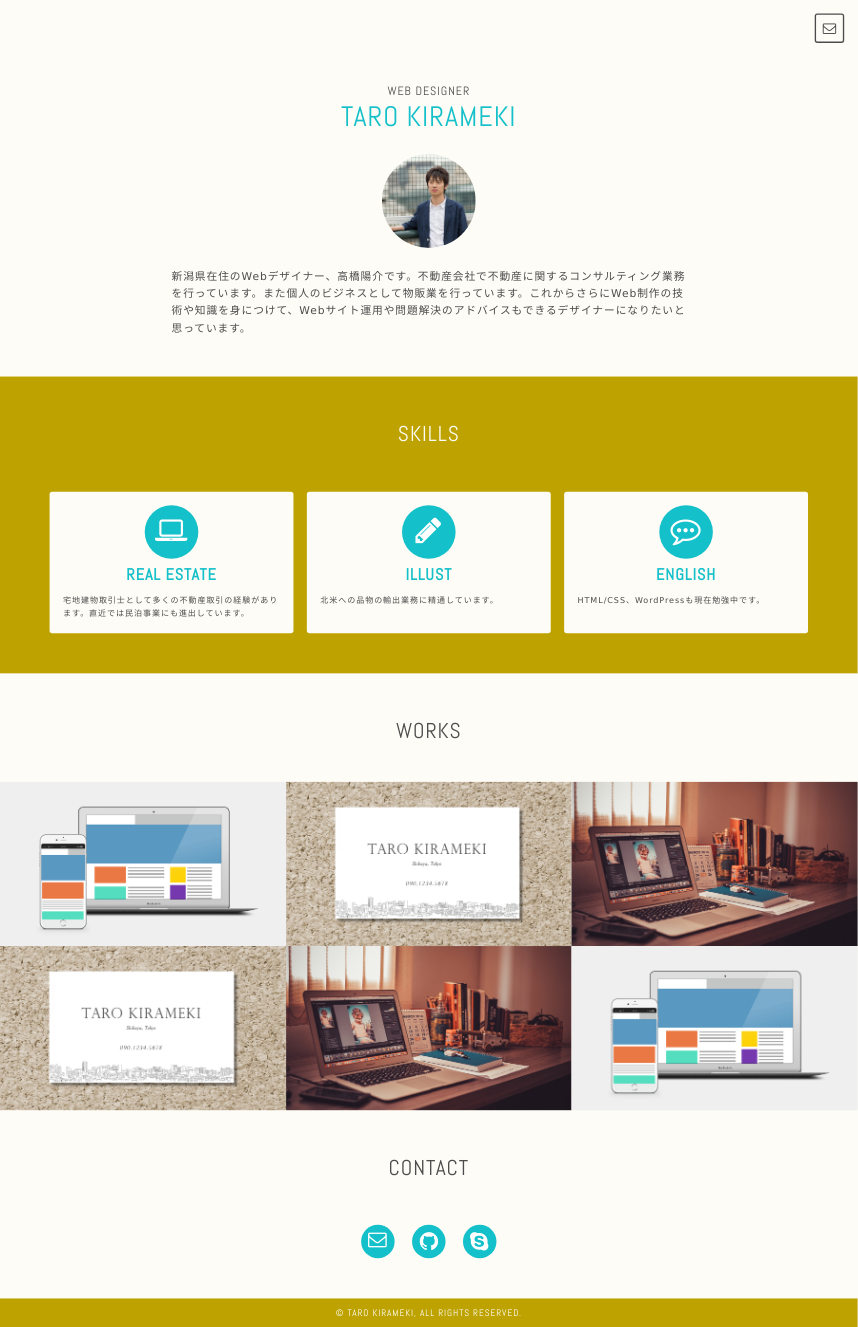
Repository: ysktkhs/responsive-site
Page: environment/portfolio/index.html
The author's editor kept a record of every edit. The page is drawn from the files as they stood at one moment, then again after the next edit.
The browser window is 1280 px wide. The pictures show the whole page, at 67% of full size.
Some web libraries are served in a nearby version.

Above is the page before.

### environment/portfolio/index.html
<!DOCTYPE html>
<html lang="ja">

<head>
    <meta charset="utf-8">
    <title>Web Designer - Yosuke Takahashi</title>
    <meta name="description" content="Webデザイナー 高橋陽介のポートフォリオサイトです。東京を中心に活動しています。">
    <meta name="keywords" content="Web, デザイン, デザイナー, ポートフォリオ, Web制作">
    <link rel="stylesheet" href="https://cdnjs.cloudflare.com/ajax/libs/meyer-reset/2.0/reset.css">
    <link rel="stylesheet" href="./css/style.css">
    <link rel="stylesheet" href="https://maxcdn.bootstrapcdn.com/font-awesome/4.7.0/css/font-awesome.min.css">
</head>

<body>
    <header>
        <a href="#contact" class="button-contact"><i class="fa fa-envelope-o" aria-label="お問い合わせ"></i></a>
        <div class="profile">
            <h1 class="site-title abel uppercase text-center">Web Designer <span>Taro Kirameki</span></h1>
            <img src="./images/img_profile.jpg" alt="プロフィール写真" width="140" height="140" class="block-center profile-icon">

            <p>新潟県在住のWebデザイナー、高橋陽介です。不動産会社で不動産に関するコンサルティング業務を行っています。また個人のビジネスとして物販業を行っています。これからさらにWeb制作の技術や知識を身につけて、Webサイト運用や問題解決のアドバイスもできるデザイナーになりたいと思っています。</p>
        </div>
    </header>
    <main>
        <section id="skills">
            <h2 class="text-center">Skills</h2>
            <div class="container">
                <div class="skill-box">
                    <i aria-hidden="true" class="skill-icon fa fa-laptop"></i>
                    <h3 class="text-center">Real Estate</h3>
                    <p>宅地建物取引士として多くの不動産取引の経験があります。直近では民泊事業にも進出しています。</p>
                </div>
                <div class="skill-box">
                    <i aria-hidden="true" class="skill-icon fa fa-pencil"></i>
                    <h3 class="text-center">Illust</h3>
                    <p>北米への品物の輸出業務に精通しています。</p>
                </div>
                <div class="skill-box">
                    <i aria-hidden="true" class="skill-icon fa fa-commenting-o"></i>
                    <h3 class="text-center">English</h3>
                    <p>HTML/CSS、WordPressも現在勉強中です。</p>
                </div>

            </div>
        </section>
        <section id="works">
            <h2 class="text-center">Works</h2>
            <div class="works-box">
                <a href="#">
                <img src="./images/img_work_site.png" alt="株式会社きらめき コーポレートサイト様 Webサイトデザイン">
                <div class="works-box-inner">
                    <div class="text-center">
                        <h3>株式会社きらめき コーポレートサイト</h3>
                        <small>2016.04.20</small>
                        <span class="button-readmore">Read More</span>
                    </div>
                </div>
            </a>
            </div>
            <div class="works-box">
                <a href="#">
                <img src="./images/img_work_card.jpg" alt="きらめき太郎様 名刺デザイン">
                <div class="works-box-inner">
                    <div class="text-center">
                        <h3>きらめき太郎様 名刺</h3>
                        <small>2016.04.20</small>
                        <span class="button-readmore">Read More</span>
                    </div>
                </div>
            </a>
            </div>
            <div class="works-box">
                <a href="#">
                <img src="./images/img_work_blog.jpg" alt="WordPressオリジナルテーマ">
                <div class="works-box-inner">
                    <div class="text-center">
                        <h3>ブログデザイン</h3>
                        <small>2016.04.20</small>
                        <span class="button-readmore">Read More</span>
                    </div>
                </div>
            </a>
            </div>
            <div class="works-box">
                <a href="#">
                <img src="./images/img_work_card.jpg" alt="きらめき太郎様 名刺デザイン">
                <div class="works-box-inner">
                    <div class="text-center">
                        <h3>きらめき太郎様 名刺</h3>
                        <small>2016.04.20</small>
                        <span class="button-readmore">Read More</span>
                    </div>
                </div>
            </a>
            </div>
            <div class="works-box">
                <a href="#">
                <img src="./images/img_work_blog.jpg" alt="WordPressオリジナルテーマ">
                <div class="works-box-inner">
                    <div class="text-center">
                        <h3>ブログデザイン</h3>
                        <small>2016.04.20</small>
                        <span class="button-readmore">Read More</span>
                    </div>
                </div>
            </a>
            </div>
            <div class="works-box">
                <a href="#">
                <img src="./images/img_work_site.png" alt="株式会社きらめき コーポレートサイト様 Webサイトデザイン">
                <div class="works-box-inner">
                    <div class="text-center">
                        <h3>株式会社きらめき コーポレートサイト</h3>
                        <small>2016.04.20</small>
                        <span class="button-readmore">Read More</span>
                    </div>
                </div>
            </a>
            </div>

        </section>
        <section id="contact">
            <h2 class="text-center">Contact</h2>
            <ul>
          <li><a href="mailto:xxx@techacademy.jp"><i aria-label="メール" class="fa fa-envelope-o"></i></a></li>
          <li class="github"><a href="#"><i aria-label="GitHub" class="fa fa-github"></i></a></li>
          <li class="skype"><a href="#"><i aria-label="Skype" class="fa fa-skype"></i></a></li>
        </ul>
        </section>
    </main>
    <footer>
         <small class="text-center abel uppercase">&copy; Taro Kirameki, All Rights Reserved.</small>
    </footer>
</body>

</html>

### environment/portfolio/css/style.css
/* 文字コードの指定
------------------------------------------------------------*/
@charset "UTF-8";

/* Google Fonts用のCSSを読み込み
------------------------------------------------------------*/
@import 'https://fonts.googleapis.com/css?family=Abel';
body {
    font-family: 'Abel', sans-serif;
}
html
{
    font-size: 62.5%; /* ベースとなるフォントサイズの定義 */
}

body
{
    font-family: '游ゴシック', YuGothic, 'メイリオ', Verdana, 'Hiragino Kaku Gothic ProN', Meiryo, sans-serif; /* フォントの種類 */
    font-size: 1.4rem; /* フォントサイズ */
    line-height: 1.6; /* 行間 */

    letter-spacing: .1em;　/* 文字間隔 */

    color: #4c4c4c; /* 文字色 */
    background-color: #eee7e0; /* 背景色 */
}
html /* root */
{
    font-size: 62.5%; /* =10px =100% */
}

body {
 /* すべて14px
------------------------------------------------------------*/
    font-size: 14px;
    font-size: 140%;
    font-size: 1.4em;
    font-size: 1.4rem;
}

h1 {
    font-size: 20px; /* そのまま20px */
    font-size: 200%; /* 親要素bodyの14pxを基準に200% =28px */
    font-size: 2em; /* 親要素bodyの14pxを基準に2倍 =28px */
    font-size: 2rem; /* rootの10pxを基準に2倍 =20px */
}

div {
    font-size: 12px; /* そのまま12px */
    font-size: 120%; /* 親要素bodyの14pxを基準に120% =16.8px(約17px) */
    font-size: 1.2em; /* 親要素bodyの14pxを基準に1.2倍 =16.8px(約17px) */
    font-size: 1.2rem; /* rootの10pxを基準に1.2倍 =12px */
}
div p {
    font-size: 12px; /* そのまま12px */
    font-size: 120%; /* 親要素divの17pxを基準に120% =20.4px(約20px) */
    font-size: 1.2em; /* 親要素divの17pxを基準に1.2倍 =20.4px(約20px) */
    font-size: 1.2rem; /* rootの10pxを基準に1.2倍 =12px */
}
body {
    color: #4c4c4c; /* 文字色 */
    background-color: #fdfcf6; /* 背景色 */
}
.button-contact
{
    font-size: 20px; /* フォントサイズ */
    line-height: 0; /* 行の高さ */

    display: block; /* ブロック要素のように扱う */
    float: right; /* 要素を右寄せ */

    width: 20px; /* 幅 */
    height: 20px; /* 高さ */
    margin: 20px 20px 0 0; /* 要素の外側の余白 */
    padding: 10px; /* 要素の内側の余白 */

    text-align: center; /* テキストの中央寄せ */

    color: #4c4c4c; /* 文字色 */
    border: 2px solid #4c4c4c; /* ボーダー */
    -webkit-border-radius: 4px; /* 角丸 */
       -moz-border-radius: 4px;
            border-radius: 4px;
}
.uppercase,
section h2,
#skills h3,
#works .works-box a .works-box-inner .button-readmore
{
    text-transform: uppercase;
}
.text-center {
    text-align: center;
}
.abel {
    font-family: 'Abel', sans-serif; /* Google Fontsの指定 */
}


header .profile
{
    clear: both; /* 上のメールボタンのfloatを解除 */

    width: 60%;
    margin: 0 auto; /* ボックスを中央寄せ */
    padding: 60px 0;
}
header .site-title
{
    font-size: 1.8rem;
    line-height: normal;
}
header .site-title span
{
    font-size: 4.2rem;

    display: block;

    color: #14c0c9;
}
.block-center {
    display: block;
    margin-left: auto;
    margin-right: auto;
}


header .profile-icon
{
    margin: 30px auto;

    -webkit-border-radius: 50%;
       -moz-border-radius: 50%;
            border-radius: 50%;
}
header p
{
    font-size: 1.6rem;
}
section
{
    padding: 60px 0; /* section要素の余白を上下60pxで揃える */
}
section .container
{
    width: 90%; /* sectionの中のインナーボックスをウィンドウ幅に対して90%に */
}
section h2
{
    font-size: 3.2rem;/* section要素見出しを32pxで揃える */
}
.block-center,
section .container
{
    display: block;

    margin-right: auto;
    margin-left: auto;
}

.abel,
section h2
{
    font-family: 'Abel', sans-serif;
}

.uppercase,
section h2
{
    text-transform: uppercase;
}
#skills
{
    background-color: #bea300;
}
#skills .container
{
    display: -webkit-flex;
    display:         flex;

    justify-content: space-between;
}
#skills h2
{
    margin-bottom: 60px;
    color: #fdfcf6;
}
#skills .skill-box
{
    -webkit-box-sizing: border-box;
       -moz-box-sizing: border-box;
            box-sizing: border-box;
    -webkit-flex: 1;
            flex: 1;
    margin: 0px 10px;
    padding: 20px;

    -webkit-border-radius: 4px;
       -moz-border-radius: 4px;
            border-radius: 4px;
    background-color: #fdfcf6;
}
#skills i
{
    font-size: 4.5rem;

    -webkit-box-sizing: border-box;
       -moz-box-sizing: border-box;
            box-sizing: border-box;
    width: 80px;
    height: 80px;
    margin-bottom: 5px;
    padding-top: 15px;

    text-align: center;

    color: #fff;
    -webkit-border-radius: 50%;
       -moz-border-radius: 50%;
            border-radius: 50%;
    background-color: #14c0c9;
}
#skills h3
{
    font-size: 2.4rem;
    font-weight: bold;

    margin-bottom: 10px;

    color: #14c0c9;
}
.block-center,
section .container,
#skills i
{
    display: block;

    margin-right: auto;
    margin-left: auto;
}
#works
{
    padding-bottom: 0;
}

#works h2
{
    margin-bottom: 50px;
}

#works .works-box
{
    float: left;

    width: 33.33333%;
    height: 100%;
}

#works::after
{
    display: block;
    clear: both;

    content: '';
}
#works .works-box a
{
    position: relative;

    display: block;
}
#works .works-box a .works-box-inner
{
    position: absolute;
    top: 0;
    left: 0;

    display: none;

    height: 100%;

    color: #fff;
    background-color: rgba(0, 0, 0, .7);
}
#works .works-box a .works-box-inner div
{
    position: absolute;
    top: 0;
    right: 0;
    bottom: 0;
    left: 0;

    height: 40%;
    margin: auto;
    padding: 10px 20px;
}
#works .works-box a .works-box-inner h3
{
    font-size: 1.6rem;
    font-weight: bold;

    margin: 0 0 5px;
}
#works .works-box a .works-box-inner small
{
    font-size: 1rem;

    display: block;

    margin-bottom: 15px;
}
#works .works-box a .works-box-inner .button-readmore
{
    font-size: 1rem;
    font-weight: bold;

    display: block;

    width: 180px;
    margin: auto;
    padding: 5px 0;

    text-align: center;

    color: #fff;
    -webkit-border-radius: 4px;
       -moz-border-radius: 4px;
            border-radius: 4px;
    background-color: #14c0c9;
}
#works .works-box img
{
    display: block;

    max-width: 100%;
}
.abel,
section h2,
#skills h3,
#works .works-box a .works-box-inner .button-readmore
{
    font-family: 'Abel', sans-serif;
}

.uppercase,
section h2,
#skills h3,
#works .works-box a .works-box-inner .button-readmore
{
    text-transform: uppercase;
}
#works .works-box a:hover .works-box-inner
{
    display: block;

    width: 100%;
}

#works .works-box a .works-box-inner .button-readmore:hover
{
    background-color: #0f949b;
}
#contact ul
{
    margin-top: 60px;

    text-align: center;
}
#contact ul li
{
    font-size: 2.8rem;

    display: inline-block;

    -webkit-box-sizing: border-box;
       -moz-box-sizing: border-box;
            box-sizing: border-box;
    margin-right: 20px;

    text-align: center;
    vertical-align: top;
}
#contact ul li:last-child
{
    margin-right: 0;
}
#contact ul .github,
#contact ul .skype
{
    font-size: 3.2rem;
}
#contact ul .github i
{
    margin-left: 2px;
}
#contact ul a
{
    display: block;

    width: 50px;
    height: 50px;

    color: #fff;
    -webkit-border-radius: 50%;
       -moz-border-radius: 50%;
            border-radius: 50%;
    background-color: #14c0c9;
}
#contact ul a:hover
{
    background-color: #0f949b;
}
footer
{
    padding: 10px 0;

    text-align: center;

    color: #fff;
    background-color: #bea300;
}

After the next edit:
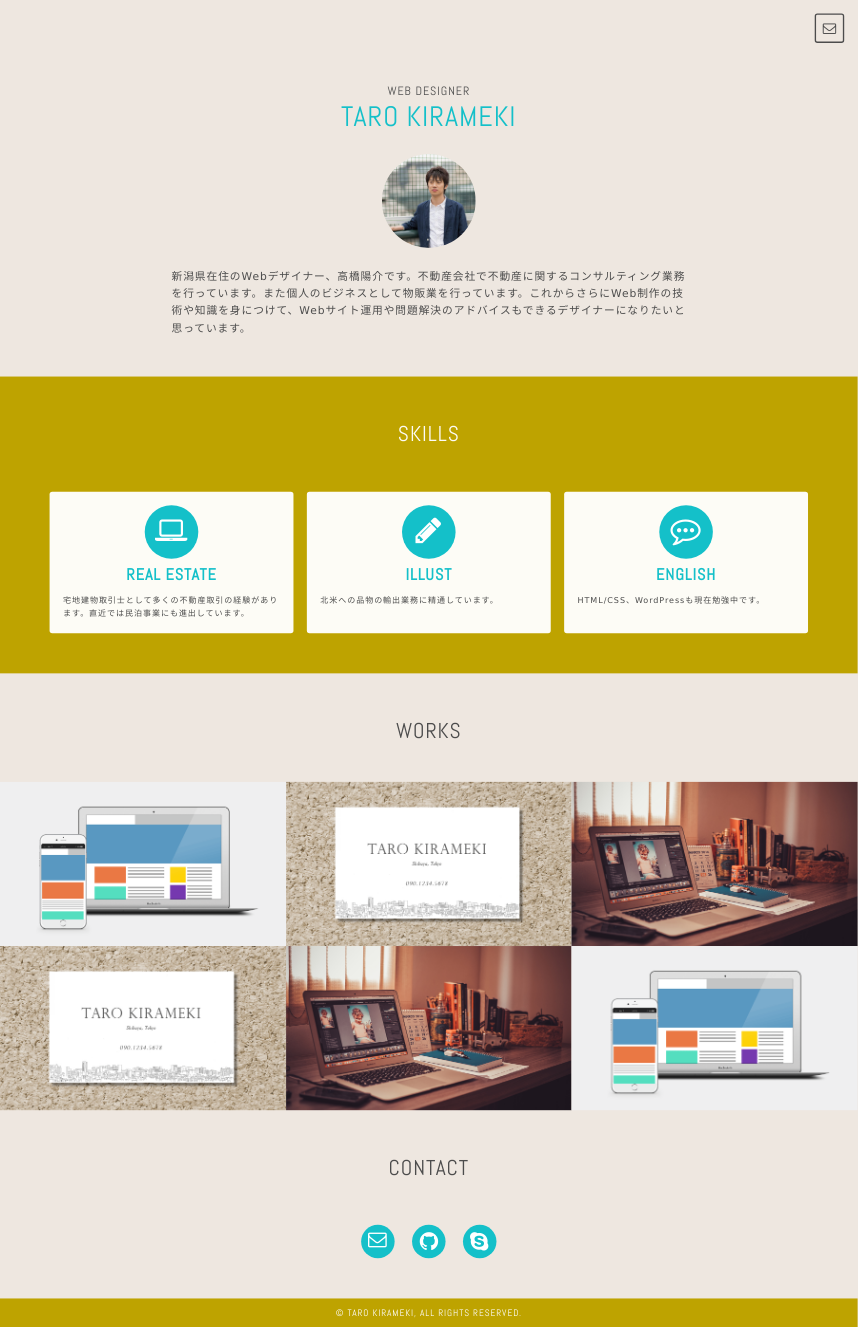
The edit:
--- a/environment/portfolio/css/style.css
+++ b/environment/portfolio/css/style.css
@@ -59,7 +59,7 @@
 }
 body {
     color: #4c4c4c; /* 文字色 */
-    background-color: #fdfcf6; /* 背景色 */
+    background-color: #eee7e0; /* 背景色 */
 }
 .button-contact
 {
